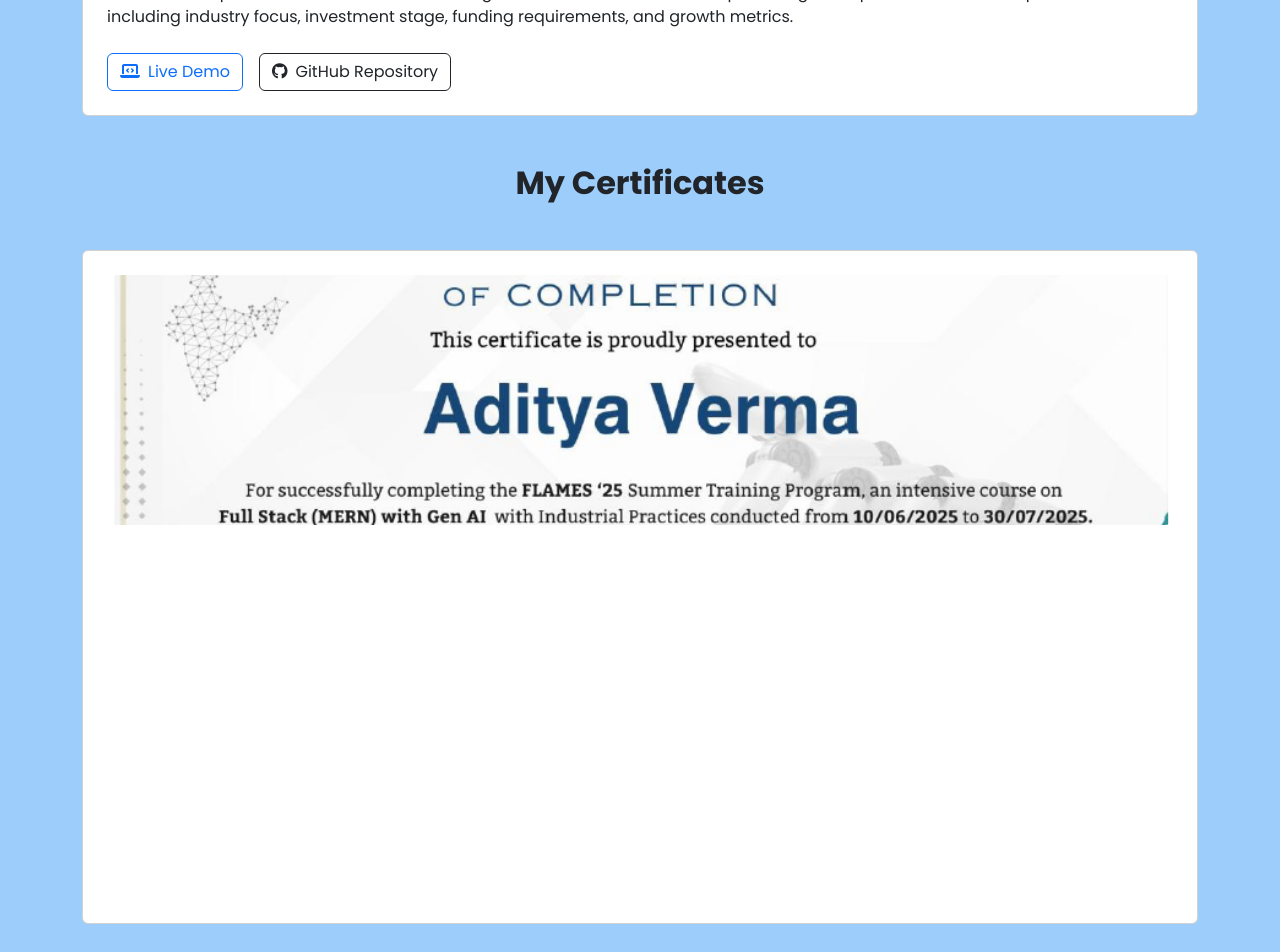
Repository: AdityaTech-Pro/Portfolio-Aditya-Verma
Page: Aditya Portfolio/index.html
An editor plug-in stored every save of this project. The page is shown before and after the next save, followed by the edit.
The browser window is 1280 px wide. The pictures show the part of the page from y = 4157 to 5109 px (the page is 5807 px tall before and 5136 px after).

Above is the page before, as saved 2026-01-08 00:42:05.

After the next save:
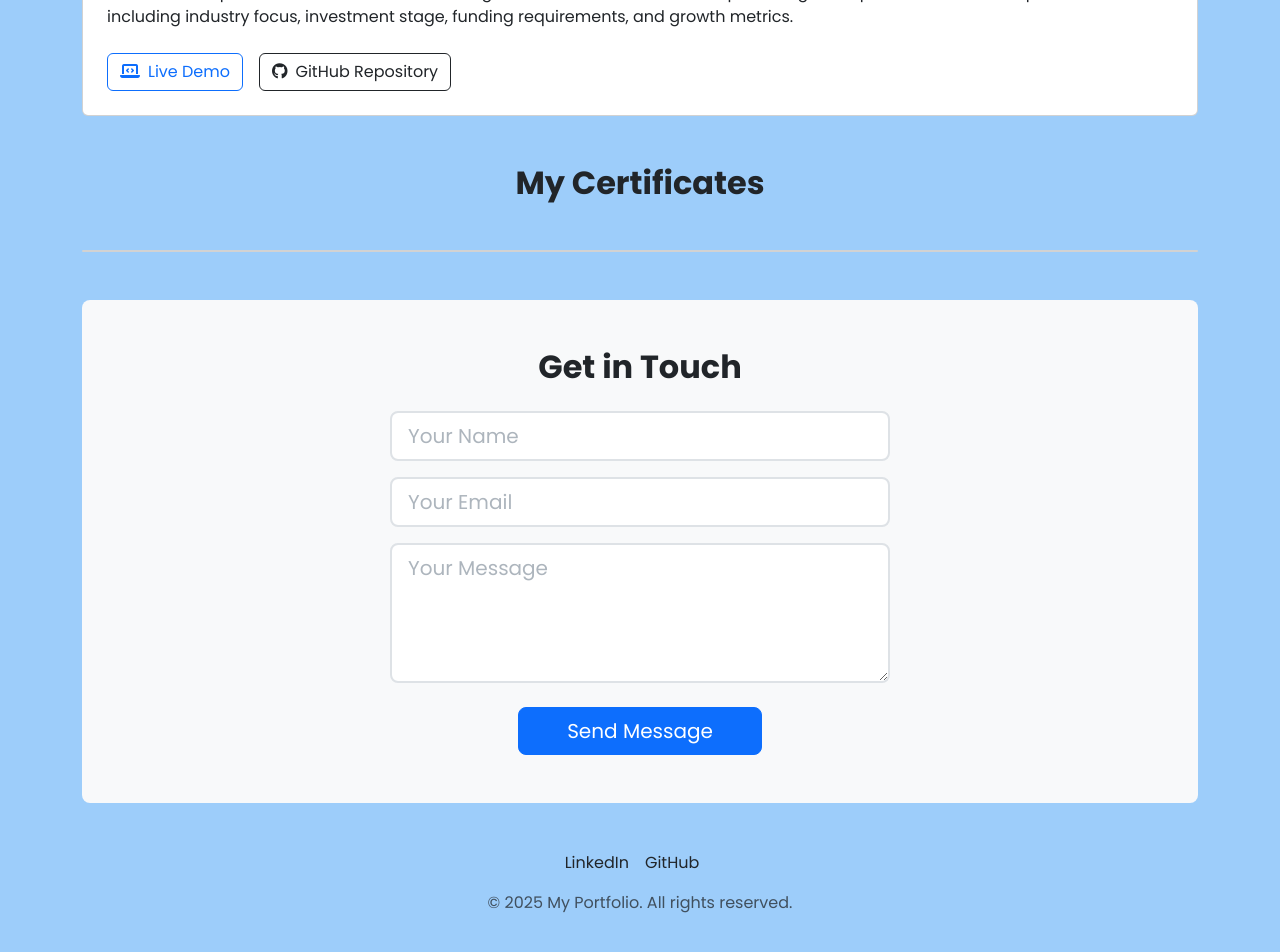
Saved 2 min 21 s later.
--- a/Aditya Portfolio/index.html
+++ b/Aditya Portfolio/index.html
@@ -371,20 +371,7 @@
             <h2 class="text-center fw-bold mb-5"> My Certificates</h2>
             <!--Certificate1-->
             <div class="card project-card mb-5">
-                <div class="card-body p-4">
-                    <!--Image-->
-                    <div class="video-container mb-4">
-                        <div class="video-container mb-8">
-                            <img src="./assets/Full Stack Dev Certificate1.png" alt="Full Stack Development 1" class="project-img img-fluid w-100">
-                        </div>
-                        <!--Certificate name and Describtion-->
-                        <p class="card-text mb-4 ">
-                            Full Stack Development Certificate
-                        </p>
-                    </div>
-
-
-                </div>
+
             </div>
         </section>
 
